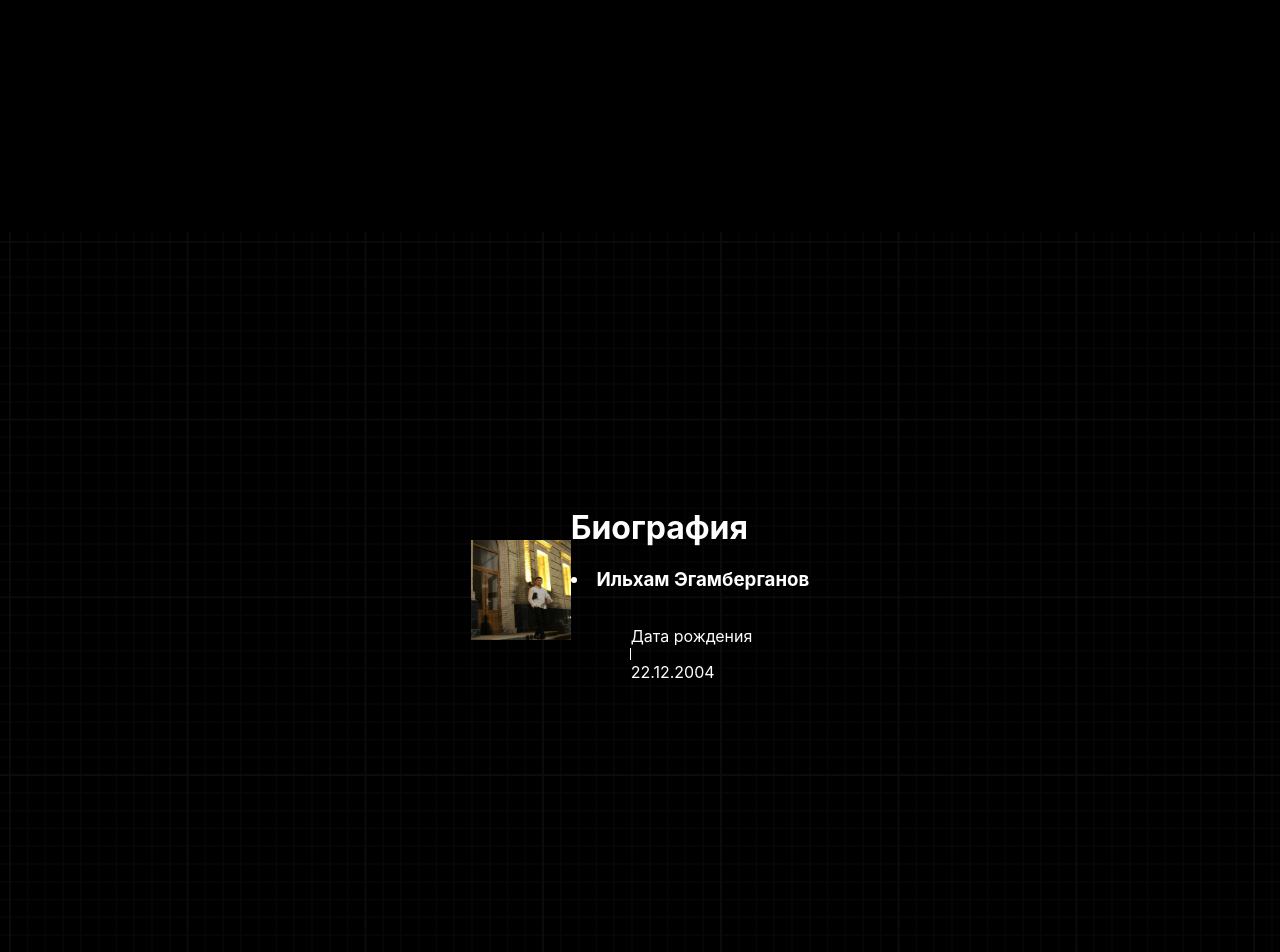
Repository: sardorexe/xishnik
Page: /
An editor plug-in stored every save of this project. The page is shown before and after the next save, followed by the edit.
The browser window is 1280 px wide. The pictures show the part of the page from y = 488 to 1440 px (the page is 1440 px tall).
Pictures or frames that could not be fetched are drawn as grey boxes. Some icons come from a web library that is not loaded, so they are not drawn. Some web fonts or font styles are not loaded; a fallback is used. Some web libraries are served in a nearby version. The project was rebuilt for these pictures with package versions that can differ from the ones it lists, and the page was loaded fresh each time. Some packages were replaced by stand-ins written for this rebuild. The framework's server and built-in components were replaced by stand-ins that run in the browser. Also part of the build but not shown: next.config.js.

Above is the page before, as saved 2021-09-27 15:29:52.

After the next save:
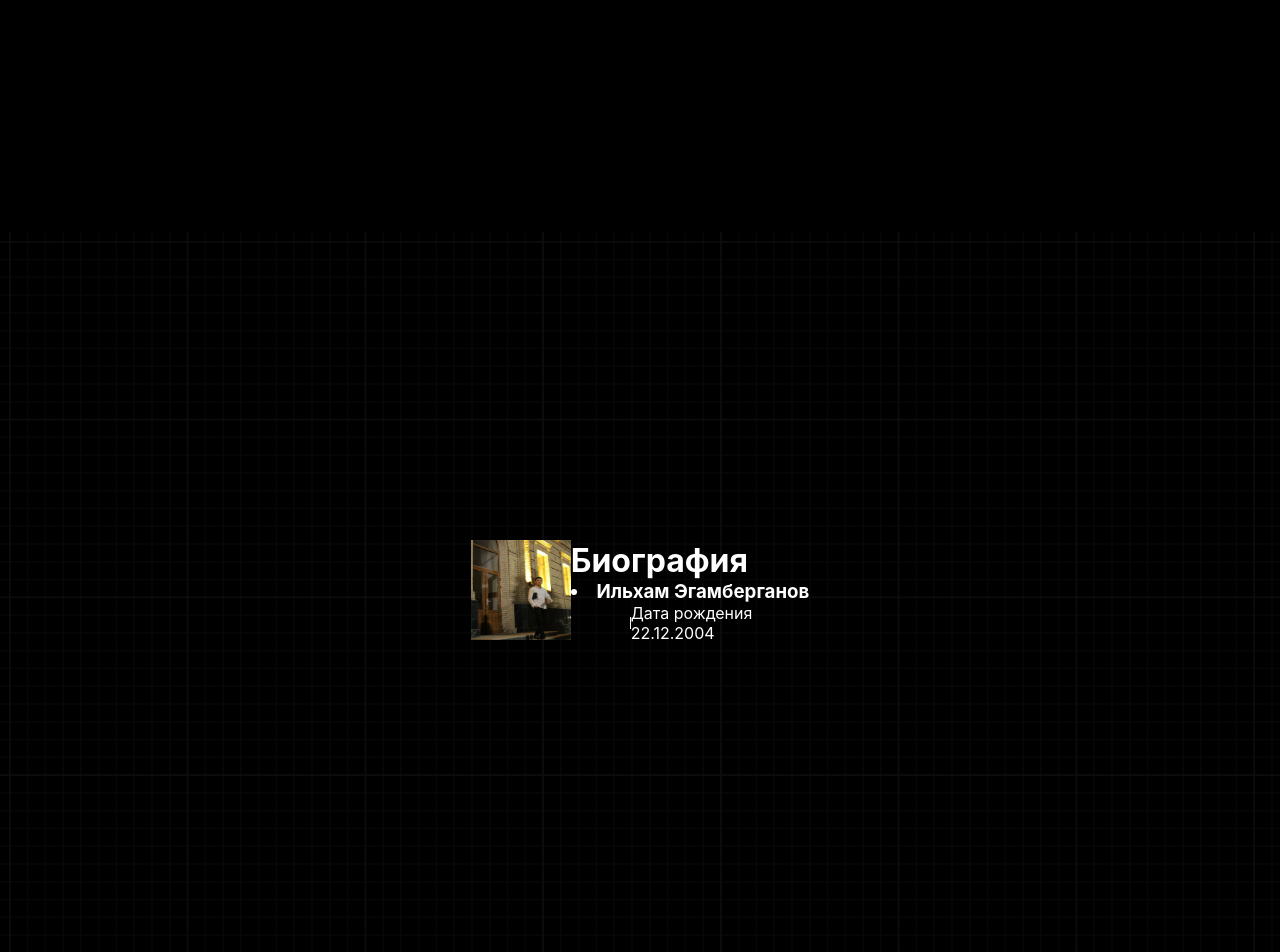
Saved 4 s later.
--- a/styles/globals.css
+++ b/styles/globals.css
@@ -1,7 +1,6 @@
 ::-webkit-scrollbar {
   display: none;
 }
-
 
 html,
 body {
@@ -12,7 +11,16 @@ body {
   box-sizing: border-box;
 }
 
-h1,h2,h3,h4,h5,h6,p {}
+h1,
+h2,
+h3,
+h4,
+h5,
+h6,
+p {
+  margin: 0;
+  padding: 0;
+}
 
 a {
   color: inherit;
